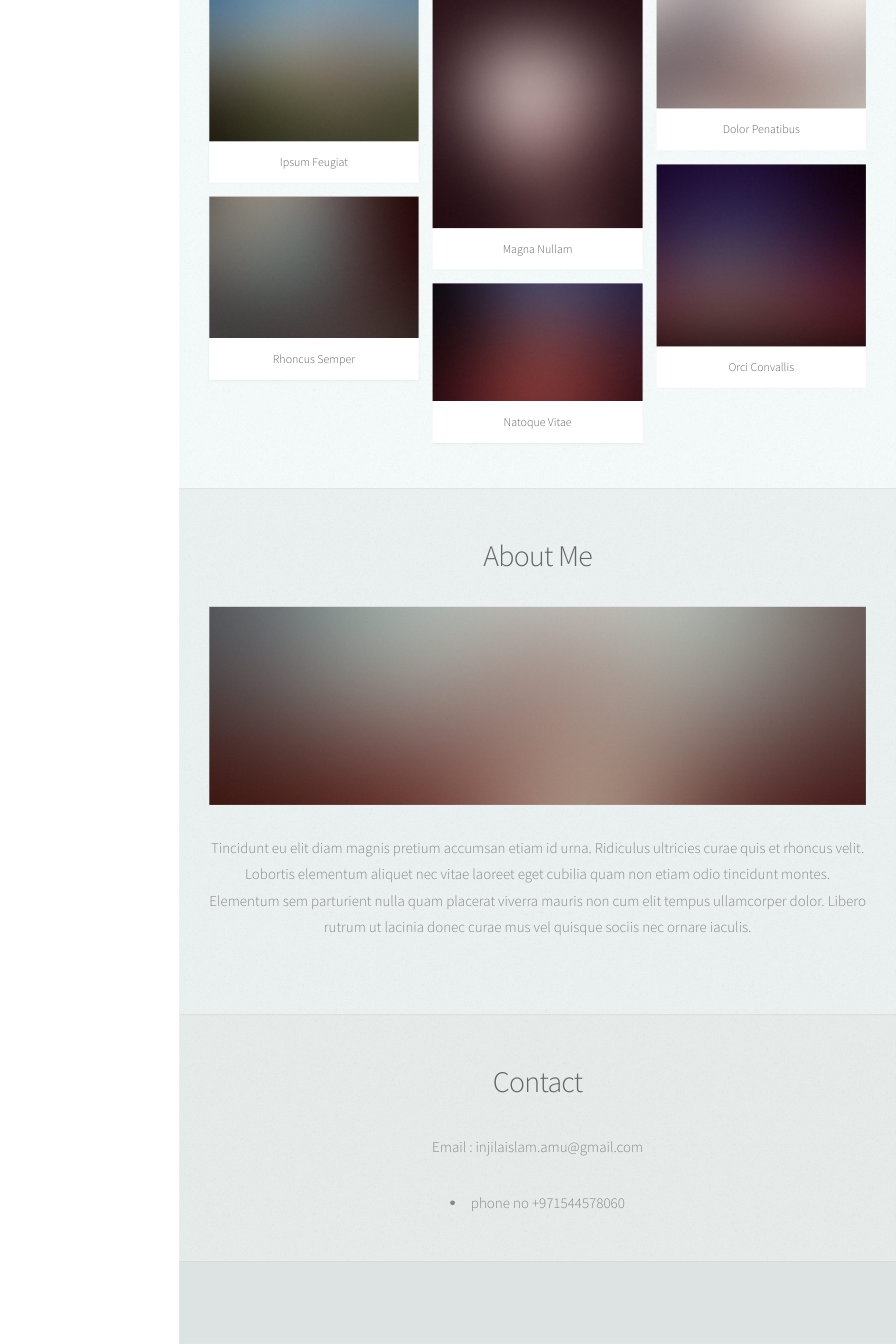
Repository: IslamInjila/new_portfolio
Page: index.html
An editor plug-in stored every save of this project. The page is shown before and after the next save, followed by the edit.
The browser window is 1280 px wide. The pictures show the part of the page from y = 877 to 2797 px (the page is 2797 px tall), at 70% of full size.

Above is the page before, as saved 2021-03-06 14:09:44.

### index.html
<!DOCTYPE HTML>
<!--
	Prologue by HTML5 UP
	html5up.net | @ajlkn
	Free for personal and commercial use under the CCA 3.0 license (html5up.net/license)
-->
<html>
	<head>
		<title>Prologue by HTML5 UP</title>
		<meta charset="utf-8" />
		<meta name="viewport" content="width=device-width, initial-scale=1, user-scalable=no" />
		<link rel="stylesheet" href="assets/css/main.css" />
	</head>
	<body class="is-preload">

		<!-- Header -->
			<div id="header">

				<div class="top">

					<!-- Logo -->
						<div id="logo">
							<span class="image avatar48"><img src="images/avatar.jpg" alt="" /></span>
							<h1 id="title">Injila Islam</h1>
							<p>Hyperspace Engineer</p>
						</div>

					<!-- Nav -->
						<nav id="nav">
							<ul>
								<li><a href="#top" id="top-link"><span class="icon solid fa-home">Intro</span></a></li>
								<li><a href="#portfolio" id="portfolio-link"><span class="icon solid fa-th">Portfolio</span></a></li>
								<li><a href="#about" id="about-link"><span class="icon solid fa-user">About Me</span></a></li>
								<li><a href="#contact" id="contact-link"><span class="icon solid fa-envelope">Contact</span></a></li>
							</ul>
						</nav>

				</div>

				<div class="bottom">

					<!-- Social Icons -->
						<ul class="icons">
							<li><a href="#" class="icon brands fa-twitter"><span class="label">Twitter</span></a></li>
							<li><a href="#" class="icon brands fa-facebook-f"><span class="label">Facebook</span></a></li>
							<li><a href="#" class="icon brands fa-github"><span class="label">Github</span></a></li>
							<li><a href="#" class="icon brands fa-dribbble"><span class="label">Dribbble</span></a></li>
							<li><a href="#" class="icon solid fa-envelope"><span class="label">Email</span></a></li>
						</ul>

				</div>

			</div>

		<!-- Main -->
			<div id="main">

				<!-- Intro -->
					<section id="top" class="one dark cover">
						<div class="container">

							<header>
								<h2 class="alt">Hi! I'm <strong>Prologue</strong>, a <a href="http://html5up.net/license">free</a> responsive<br />
								site template designed by <a href="http://html5up.net">HTML5 UP</a>.</h2>
								<p>Ligula scelerisque justo sem accumsan diam quis<br />
								vitae natoque dictum sollicitudin elementum.</p>
							</header>

							<footer>
								<a href="#portfolio" class="button scrolly">Magna Aliquam</a>
							</footer>

						</div>
					</section>

				<!-- Portfolio -->
					<section id="portfolio" class="two">
						<div class="container">

							<header>
								<h2>Portfolio</h2>
							</header>

							<p>Vitae natoque dictum etiam semper magnis enim feugiat convallis convallis
							egestas rhoncus ridiculus in quis risus amet curabitur tempor orci penatibus.
							Tellus erat mauris ipsum fermentum etiam vivamus eget. Nunc nibh morbi quis
							fusce hendrerit lacus ridiculus.</p>

							<div class="row">
								<div class="col-4 col-12-mobile">
									<article class="item">
										<a href="#" class="image fit"><img src="images/pic02.jpg" alt="" /></a>
										<header>
											<h3>Ipsum Feugiat</h3>
										</header>
									</article>
									<article class="item">
										<a href="#" class="image fit"><img src="images/pic03.jpg" alt="" /></a>
										<header>
											<h3>Rhoncus Semper</h3>
										</header>
									</article>
								</div>
								<div class="col-4 col-12-mobile">
									<article class="item">
										<a href="#" class="image fit"><img src="images/pic04.jpg" alt="" /></a>
										<header>
											<h3>Magna Nullam</h3>
										</header>
									</article>
									<article class="item">
										<a href="#" class="image fit"><img src="images/pic05.jpg" alt="" /></a>
										<header>
											<h3>Natoque Vitae</h3>
										</header>
									</article>
								</div>
								<div class="col-4 col-12-mobile">
									<article class="item">
										<a href="#" class="image fit"><img src="images/pic06.jpg" alt="" /></a>
										<header>
											<h3>Dolor Penatibus</h3>
										</header>
									</article>
									<article class="item">
										<a href="#" class="image fit"><img src="images/pic07.jpg" alt="" /></a>
										<header>
											<h3>Orci Convallis</h3>
										</header>
									</article>
								</div>
							</div>

						</div>
					</section>

				<!-- About Me -->
					<section id="about" class="three">
						<div class="container">

							<header>
								<h2>About Me</h2>
							</header>

							<a href="#" class="image featured"><img src="images/pic08.jpg" alt="" /></a>

							<p>Tincidunt eu elit diam magnis pretium accumsan etiam id urna. Ridiculus
							ultricies curae quis et rhoncus velit. Lobortis elementum aliquet nec vitae
							laoreet eget cubilia quam non etiam odio tincidunt montes. Elementum sem
							parturient nulla quam placerat viverra mauris non cum elit tempus ullamcorper
							dolor. Libero rutrum ut lacinia donec curae mus vel quisque sociis nec
							ornare iaculis.</p>

						</div>
					</section>

				<!-- Contact -->
					<section id="contact" class="four">
						<div class="container">

							<header>
								<h2>Contact</h2>
							</header>
							<P> Email : injilaislam.amu@gmail.com</P>
							<li>phone no  +971544578060</li>

							<!-- <p>Elementum sem parturient nulla quam placerat viverra
							mauris non cum elit tempus ullamcorper dolor. Libero rutrum ut lacinia
							donec curae mus. Eleifend id porttitor ac ultricies lobortis sem nunc
							orci ridiculus faucibus a consectetur. Porttitor curae mauris urna mi dolor.</p> -->
<!--
							<form method="post" action="#">
								<div class="row">
									<div class="col-6 col-12-mobile"><input type="text" name="name" placeholder="Name" /></div>
									<div class="col-6 col-12-mobile"><input type="text" name="email" placeholder="Email" /></div>
									<div class="col-12">
										<textarea name="message" placeholder="Message"></textarea>
									</div>
									<div class="col-12">
										<input type="submit" value="Send Message" />
									</div>
								</div>
							</form> -->

						</div>
					</section>

			</div>

		<!-- Footer -->
			<div id="footer">

				<!-- Copyright -->
					<!-- <ul class="copyright">
						<li>&copy; Untitled. All rights reserved.</li><li>Design: <a href="http://html5up.net">HTML5 UP</a></li>
					</ul> -->

			</div>

		<!-- Scripts -->
			<script src="assets/js/jquery.min.js"></script>
			<script src="assets/js/jquery.scrolly.min.js"></script>
			<script src="assets/js/jquery.scrollex.min.js"></script>
			<script src="assets/js/browser.min.js"></script>
			<script src="assets/js/breakpoints.min.js"></script>
			<script src="assets/js/util.js"></script>
			<script src="assets/js/main.js"></script>

	</body>
</html>

Loaded but not shown: assets/css/fontawesome-all.min.css (library); assets/js/jquery.min.js (library); assets/js/jquery.scrolly.min.js (common file); assets/js/jquery.scrollex.min.js (common file); assets/js/browser.min.js (common file); assets/js/breakpoints.min.js (common file); assets/js/util.js (587 lines, source omitted); assets/js/main.js (123 lines, source omitted); assets/css/main.css (2633 lines, source omitted)

After the next save:
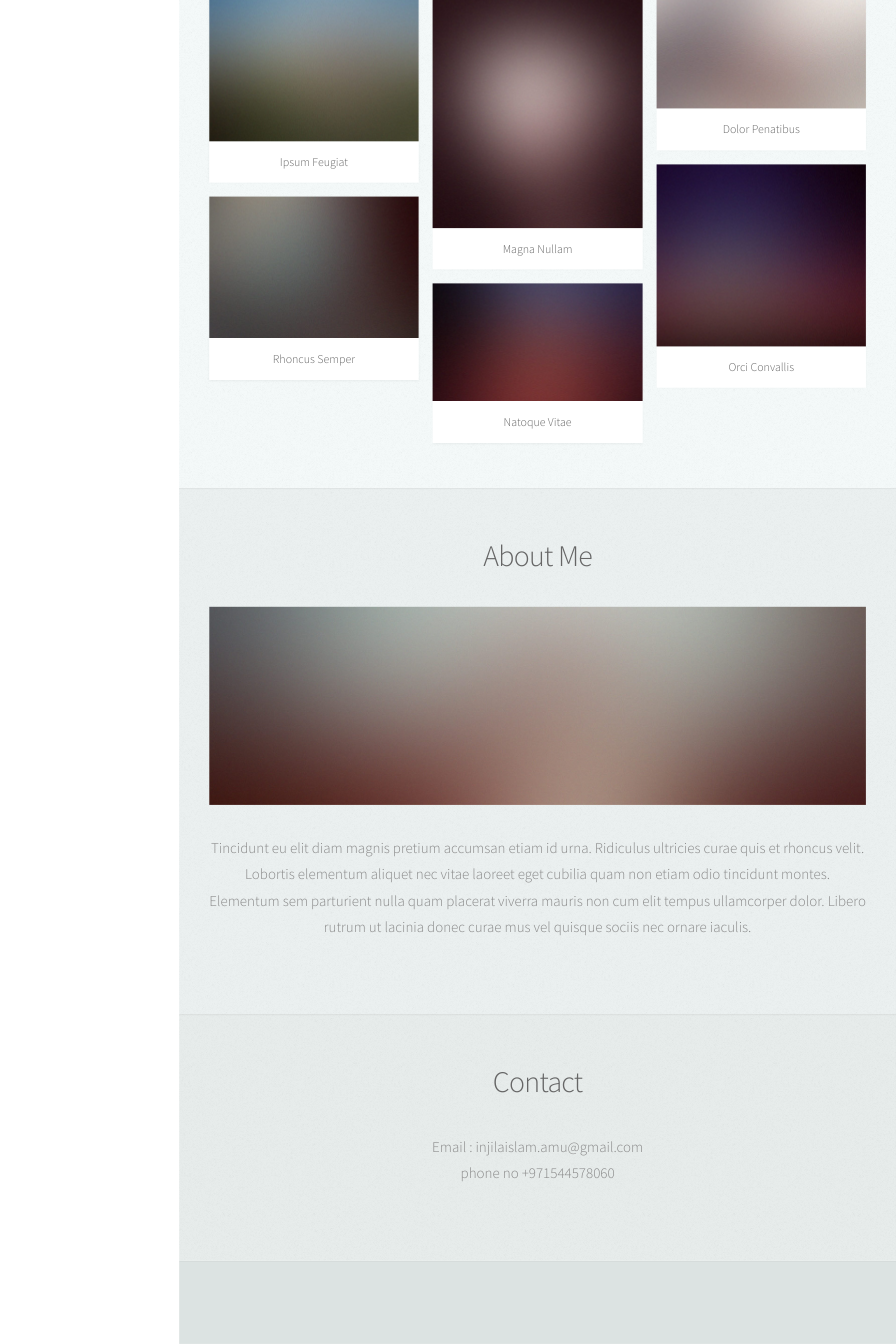
Saved 19 s later.
--- a/index.html
+++ b/index.html
@@ -161,8 +161,8 @@
 							<header>
 								<h2>Contact</h2>
 							</header>
-							<P> Email : injilaislam.amu@gmail.com</P>
-							<li>phone no  +971544578060</li>
+							<P> Email : injilaislam.amu@gmail.com
+							<br>phone no  +971544578060</p>
 
 							<!-- <p>Elementum sem parturient nulla quam placerat viverra
 							mauris non cum elit tempus ullamcorper dolor. Libero rutrum ut lacinia
